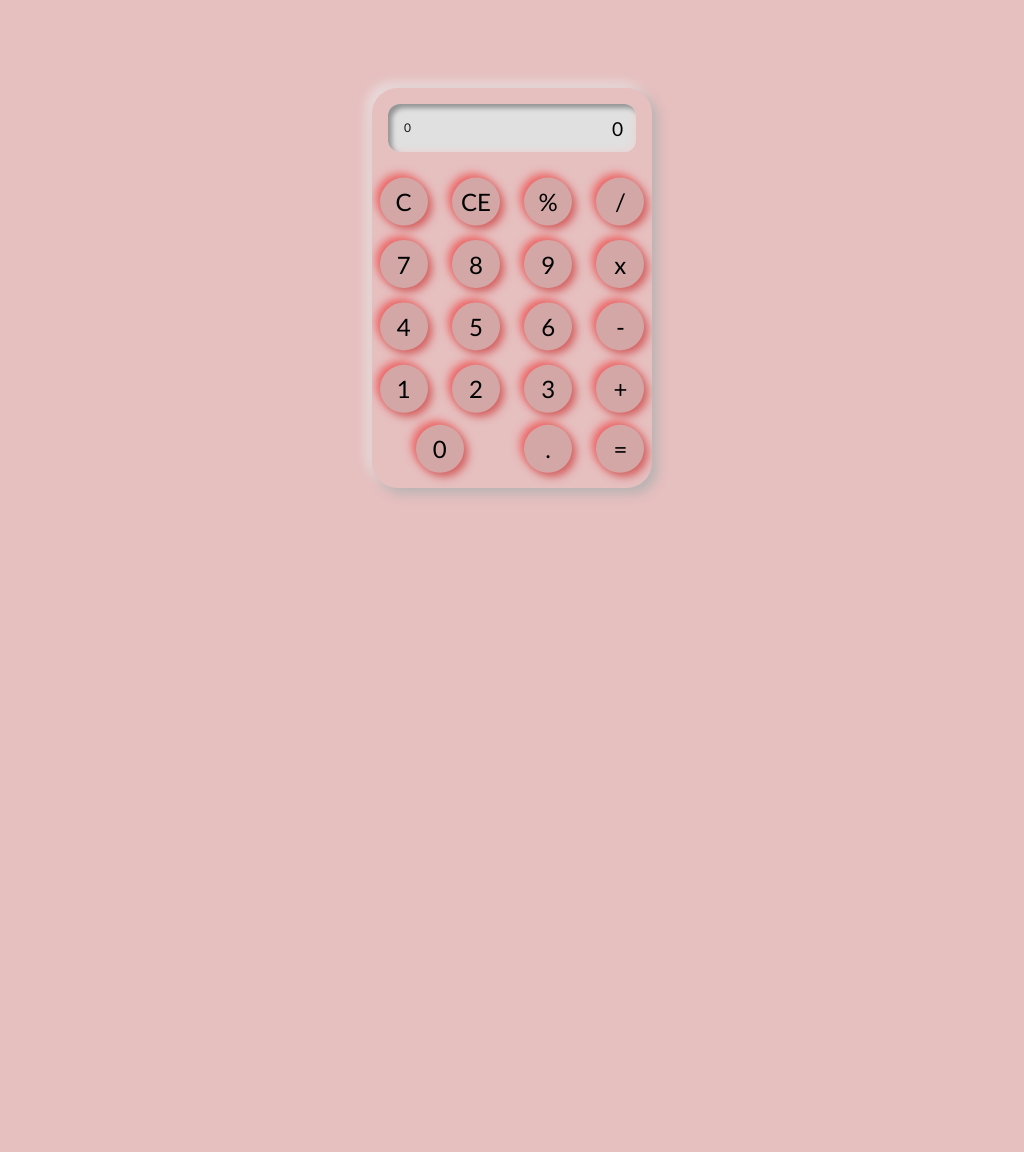
Repository: Goldmyn/Calculator
Page: index.html
The author's editor kept a copy of each file at every save. The page is drawn from the files as they stood at one save, then again after the next save.
The browser window is 1280 px wide. The pictures show the whole page, at 80% of full size.

Above is the page before, as saved 2022-09-28 04:31:30.

After the next save:
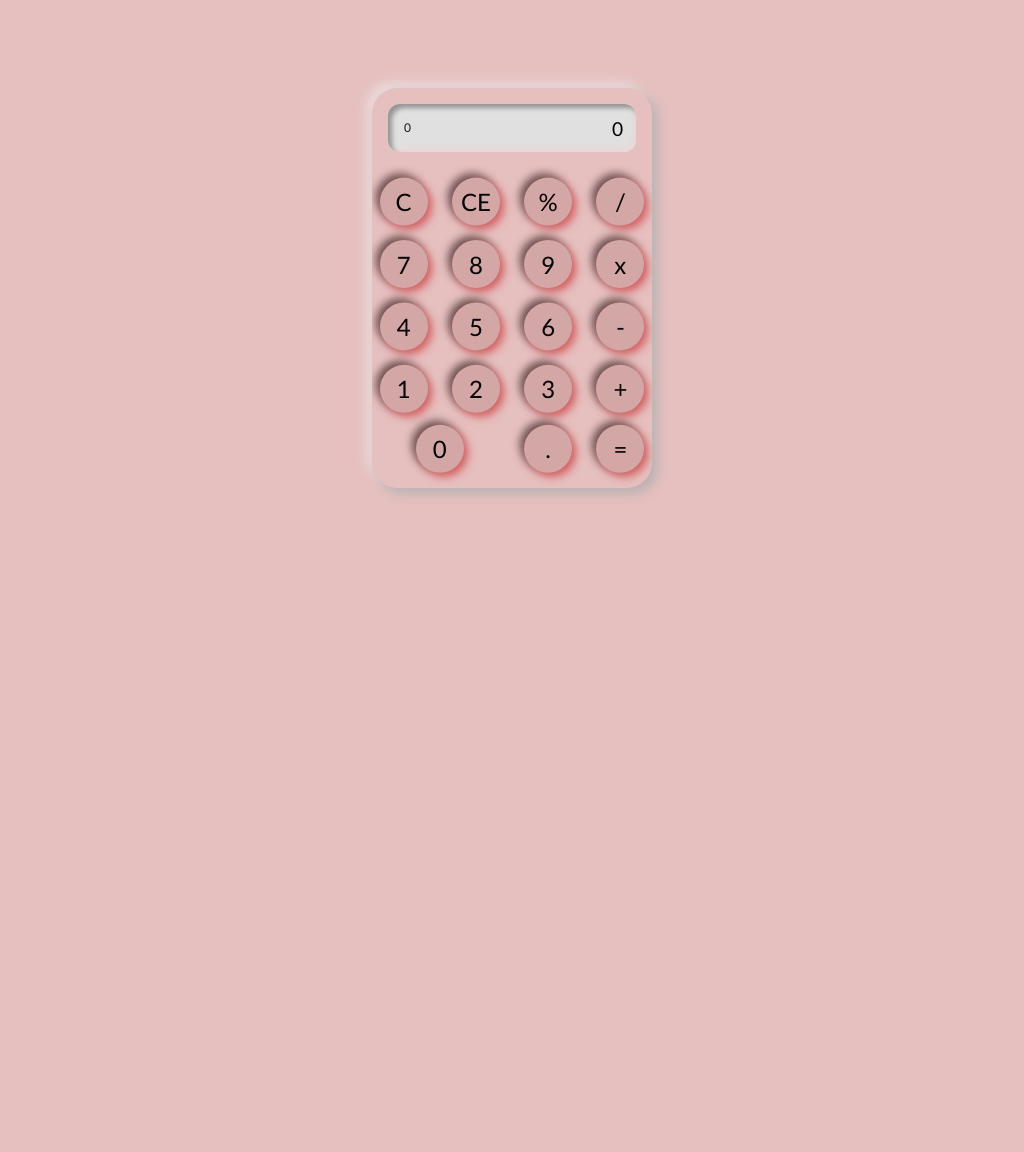
Saved 5 s later.
--- a/index.css
+++ b/index.css
@@ -81,7 +81,7 @@
     cursor: pointer;
     border-radius: 100px;
     background: #d4a7a7;
-    box-shadow: 5px 5px 11px #d45f5f, -5px -5px 11px #ee6767;
+    box-shadow: 5px 5px 11px #d45f5f, -5px -5px 11px #694d4d;
   }
   .button:hover {
     background-color: rgb(30, 43, 46);
